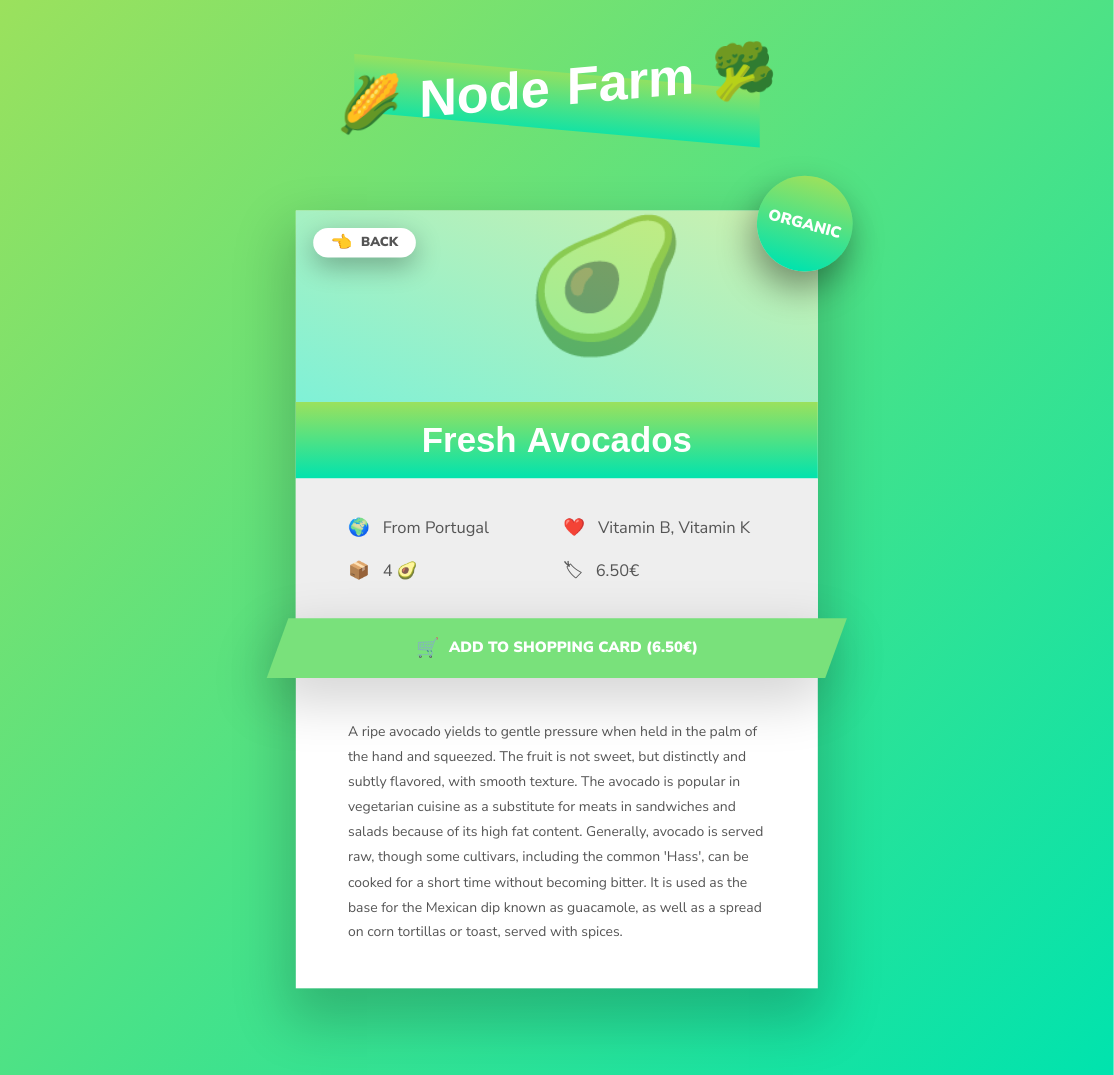
Repository: 13-Joban/Node_Farm_Backend
Page: templates/product.html
These files come from the project's save history. The page is drawn as it stood at one moment and after a run of saves; the edit follows.
The browser window is 1280 px wide. The pictures show the whole page, at 87% of full size.
Some web fonts or font styles are not loaded; a fallback is used.

Above is the page before, as saved 2022-07-16 16:58:34.

After the next 5 saves:
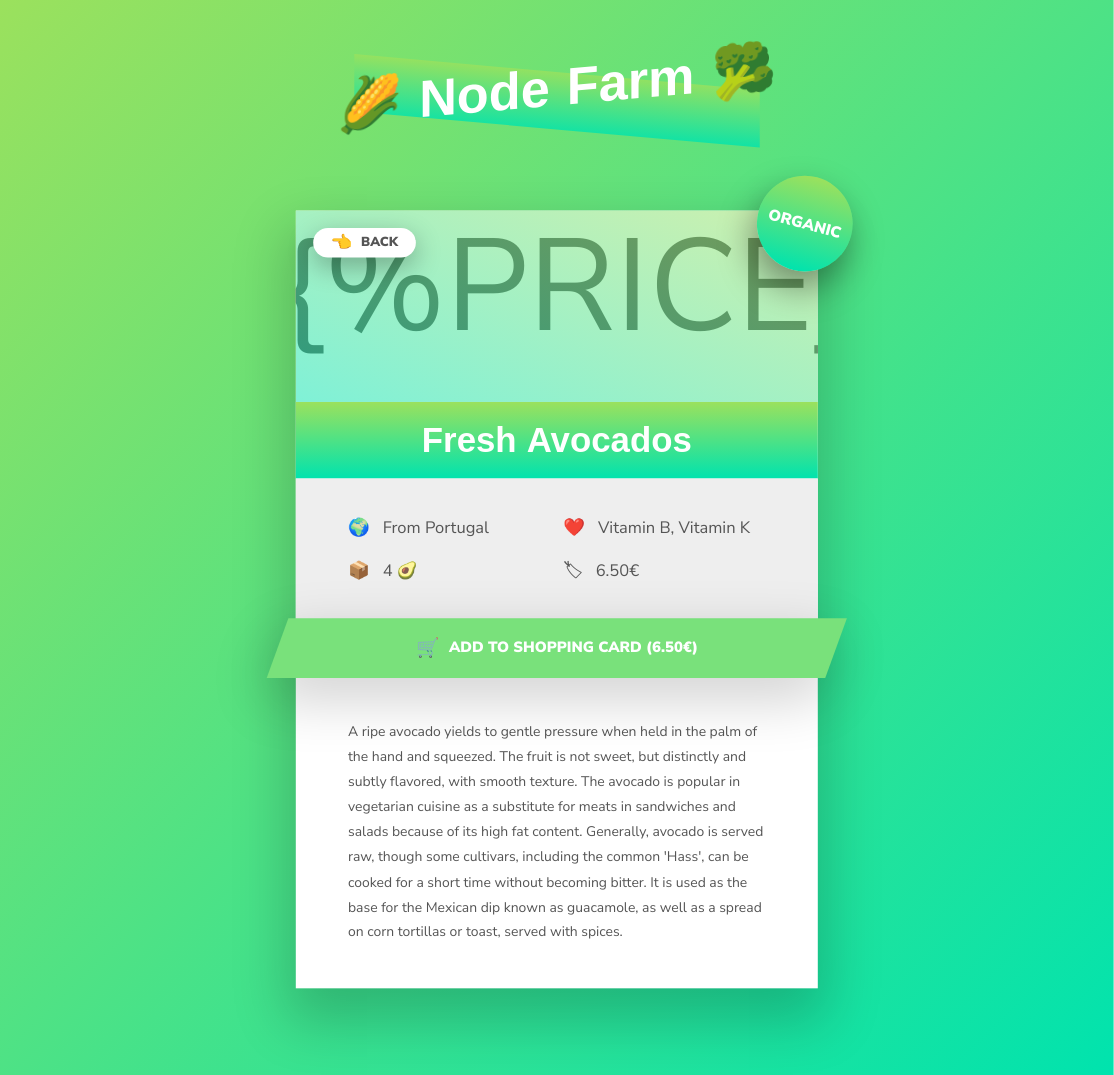
The 5 saves are shown as one change because they came seconds apart.
The last was saved 15 s later.
--- a/templates/product.html
+++ b/templates/product.html
@@ -275,9 +275,9 @@
           <span class="emoji-left">👈</span>Back
         </a>
         <div class="product__hero">
-          <span class="product__emoji product__emoji--1"></span>
+          <span class="product__emoji product__emoji--1">{%PRICE}</span>
           <span class="product__emoji product__emoji--2"></span>
-          <span class="product__emoji product__emoji--3">🥑</span>
+          <span class="product__emoji product__emoji--3"></span>
           <span class="product__emoji product__emoji--4"></span>
           <span class="product__emoji product__emoji--5"></span>
           <span class="product__emoji product__emoji--6"></span>
